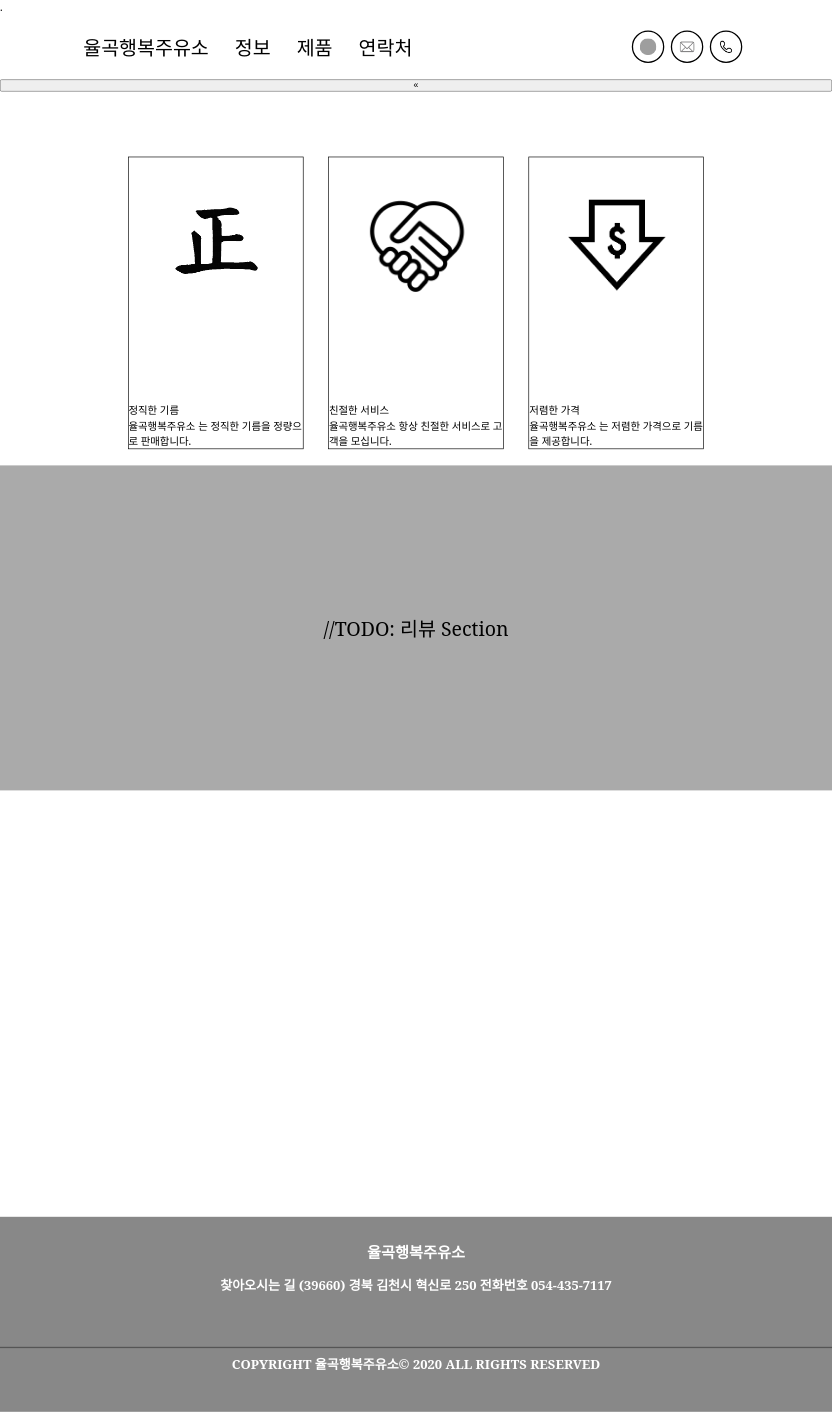
Repository: randomUser134923/pet-projects
Page: pet-projects/web1/index.html
The author's editor kept a record of every edit. The page is drawn from the files as they stood at one moment, then again after the next edit.
The browser window is 1280 px wide. The pictures show the whole page, at 65% of full size.
Pictures or frames that could not be fetched are drawn as grey boxes.

Above is the page before.

After the next edit:
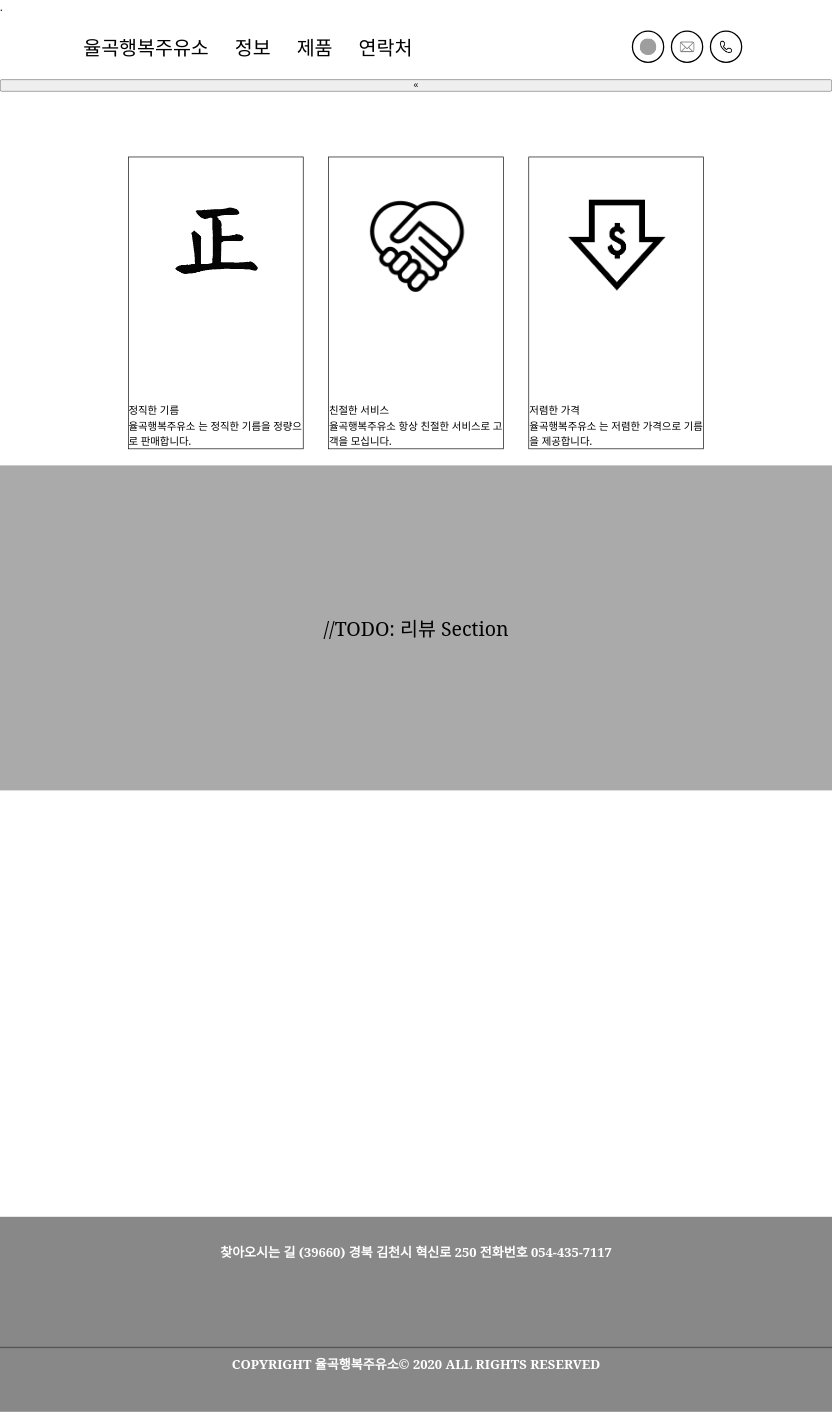
The edit:
--- a/pet-projects/web1/index.html
+++ b/pet-projects/web1/index.html
@@ -96,7 +96,6 @@
 
         <footer>
             <div class="footer_explain">
-                <h3> 율곡행복주유소 </h3>
                 <p>
                     <span class="address">찾아오시는 길</span> (39660) 경북 김천시 혁신로 250
                     <span class="phone">전화번호</span> 054-435-7117 <br>
